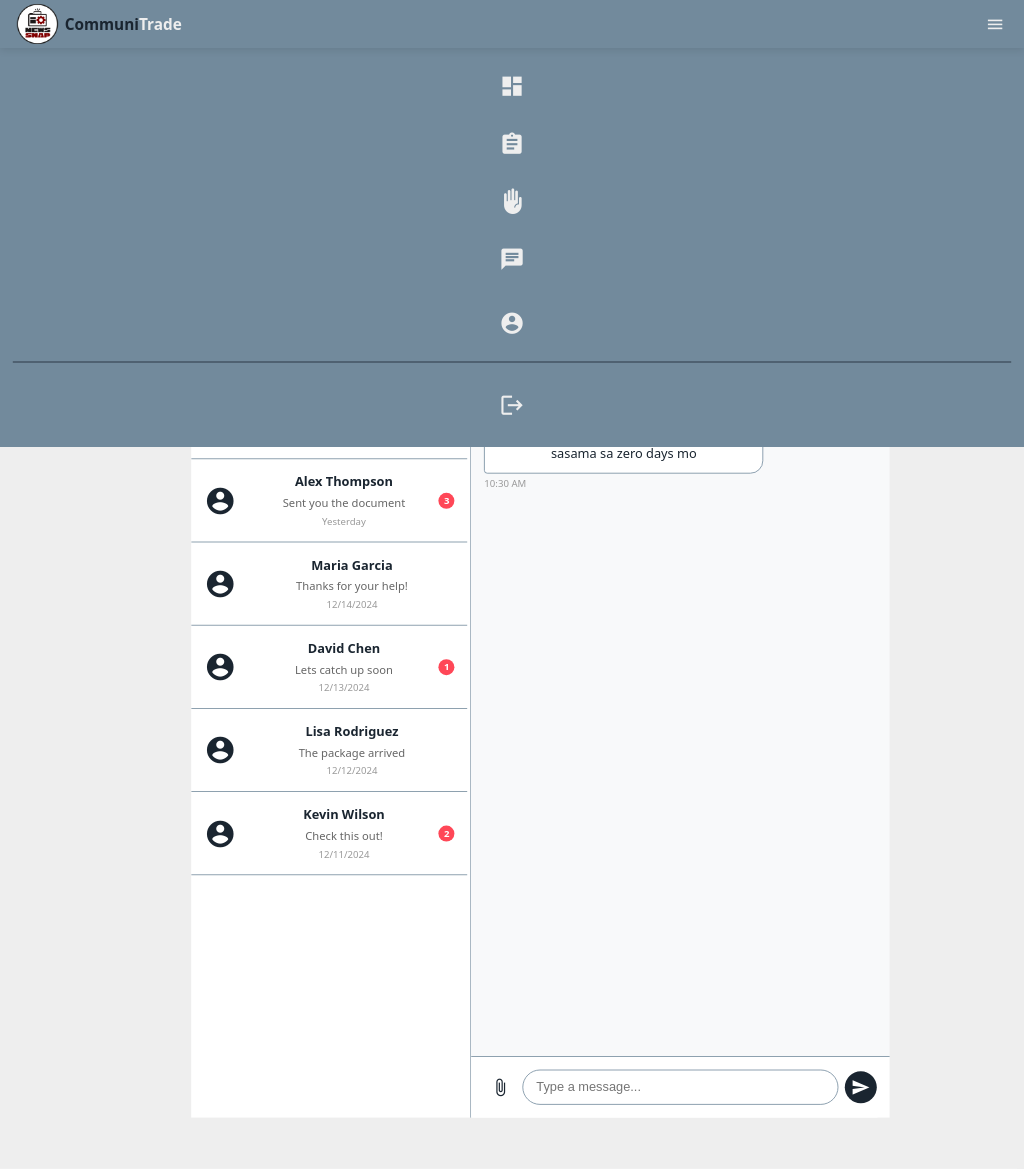
Repository: wholaanmo/news-snap
Page: /message
These files come from the project's save history. The page is drawn as it stood at one moment and after the next save; the edit follows.
The browser window is 1280 px wide. The pictures show the whole page, at 80% of full size.
The project was rebuilt for these pictures with package versions that can differ from the ones it lists, and the page was loaded fresh each time. Also part of the build but not shown: src/components/AdminNavbar.vue, src/components/AdminSidebar.vue, src/layouts/AdminLayout.vue.

Above is the page before, as saved 2025-10-15 19:29:52.

### index.html
<!doctype html>
<html lang="en">
  <head>
    <meta charset="UTF-8" />
    <link rel="icon" type="image/svg+xml" href="/vite.svg" />
    <meta name="viewport" content="width=device-width, initial-scale=1.0" />
    <title>CommuniTrade</title>
    <link href="https://fonts.googleapis.com/css2?family=Material+Icons"
      rel="stylesheet">
    <link href="https://fonts.googleapis.com/css2?family=Roboto:wght@400;700&display=swap" rel="stylesheet">
    <link href="https://fonts.googleapis.com/css2?family=Inter:wght@400;600&display=swap" rel="stylesheet">
  </head>
  <body>
    <div id="app"></div>
    <script type="module" src="/src/main.js"></script>
  </body>
</html>

### src/App.vue
<template>
  <div class="app">
    <router-view />
  </div>
</template>

<script setup>
// No need for layout logic here anymore - it's handled by individual layouts
</script>

<style lang="css">
:root {
  --primary: #1a2530;
  --grey: #728a9c;
  --dark: #0F0E0E;
  --dark-alt: #37353E;
  --light: #EEEEEE;
  --sidebar-width: 230px;
}

* {
  margin: 0;
  padding: 0;
  box-sizing: border-box;
  scrollbar-width: thin;
  scrollbar-color: #728a9c #f0f0f0;
}

body {
  background: var(--light);
}

button {
  cursor: pointer;
  appearance: none;
  border: none;
  outline: none;
  background: none;
}

.app {
  min-height: 100vh;
}
</style>

### src/layouts/UserLayout.vue
<template>
    <div class="user-layout">
      <UserNavbar :toggle-sidebar="toggleSidebar" />
      <div class="layout-body">
        <UserSidebar :isOpen="sidebarOpen" @toggle="sidebarOpen = $event" />
        <main class="user-content" :class="sidebarOpen && 'sidebar-open'">
          <router-view />
        </main>
      </div>
    </div>
  </template>

  <script setup>
  import { ref } from 'vue'
  import UserNavbar from '@/components/Navbar.vue'
  import UserSidebar from '@/components/Sidebar.vue'

  const sidebarOpen = ref(false)

  const toggleSidebar = () => {
    sidebarOpen.value = !sidebarOpen.value
  }
  </script>

  <style scoped>
  .user-layout {
    min-height: 100vh;
  }

  .layout-body {
    display: flex;
    min-height: calc(100vh - 60px);
    margin-top: 30px; /* Account for navbar height */
  }

  .user-content {
    flex: 1 1 0;
    margin-left: calc(1.5rem + 32px);
    transition: margin-left 0.2s ease-out;
    padding: 2rem;
  }

  .user-content.sidebar-open {
    margin-left: var(--sidebar-width);
  }

  @media (max-width: 768px) {
    .user-content {
      margin-left: 0;
      padding: 1rem;
    }

    .user-content.sidebar-open {
      margin-left: 0;
    }
  }
  </style>

### src/views/message.vue
<template>
  <div class="message-page">
    <!-- Sidebar with conversation list -->
    <div class="conversation-sidebar" :class="{ 'sidebar-collapsed': !isSidebarExpanded }">
      <div class="sidebar-header">
        <h2>Messages</h2>
      </div>

      <div class="conversation-list">
        <div
          v-for="conversation in conversations"
          :key="conversation.id"
          class="conversation-item"
          :class="{ active: activeConversation?.id === conversation.id }"
          @click="selectConversation(conversation)"
        >
          <div class="avatar">
            <span class="material-icons">account_circle</span>
          </div>
          <div class="conversation-info">
            <div class="user-name">{{ conversation.userName }}</div>
            <div class="last-message">{{ conversation.lastMessage }}</div>
            <div class="timestamp">{{ conversation.timestamp }}</div>
          </div>
          <div v-if="conversation.unreadCount > 0" class="unread-badge">
            {{ conversation.unreadCount }}
          </div>
        </div>
      </div>
    </div>

    <!-- Main chat area -->
    <div class="chat-area">
      <div v-if="activeConversation" class="chat-container">
        <!-- Chat header -->
        <div class="chat-header">
          <div class="chat-user-info">
            <span class="material-icons">account_circle</span>
            <span class="user-name">{{ activeConversation.userName }}</span>
            <span class="status" :class="activeConversation.status">{{ activeConversation.status }}</span>
          </div>
        </div>

        <!-- Messages container -->
        <div class="messages-container" ref="messagesContainer">
          <div
            v-for="message in activeConversation.messages"
            :key="message.id"
            class="message"
            :class="message.sender"
          >
            <div class="message-content">
              <img
                v-if="message.type === 'image'"
                :src="message.content"
                alt="Sent image"
                class="message-image"
                @click="openImageModal(message.content)"
              />
              <span v-else>{{ message.content }}</span>
            </div>
            <div class="message-time">
              {{ message.time }}
            </div>
          </div>
        </div>

        <!-- Message input -->
        <div class="message-input-container">
          <div class="input-wrapper">
            <input
              ref="fileInput"
              type="file"
              accept="image/*"
              style="display: none"
              @change="handleImageUpload"
            />
            <button @click="triggerFileInput" class="attachment-button">
              <span class="material-icons">attach_file</span>
            </button>
            <input
              v-model="newMessage"
              type="text"
              placeholder="Type a message..."
              @keyup.enter="sendMessage"
              class="message-input"
            >
            <button @click="sendMessage" class="send-button">
              <span class="material-icons">send</span>
            </button>
          </div>
        </div>
      </div>

      <!-- Empty state when no conversation selected -->
      <div v-else class="no-conversation">
        <div class="empty-state">
          <span class="material-icons">chat</span>
          <h3>Select a conversation</h3>
          <p>Choose a conversation from the list to start messaging</p>
        </div>
      </div>
    </div>

    <!-- Image Modal -->
    <div v-if="selectedImage" class="image-modal" @click="closeImageModal">
      <div class="modal-content">
        <img :src="selectedImage" alt="Full size image" />
        <button class="close-modal" @click="closeImageModal">
          <span class="material-icons">close</span>
        </button>
      </div>
    </div>
  </div>
</template>

<script setup>
import { ref, onMounted, nextTick } from 'vue'

// Reactive data
const isSidebarExpanded = ref(true)
const activeConversation = ref(null)
const newMessage = ref('')
const messagesContainer = ref(null)
const fileInput = ref(null)
const selectedImage = ref(null)

// Sample conversations data
const conversations = ref([
  {
    id: 1,
    userName: 'John Doe',
    lastMessage: 'Thanks for the help!',
    timestamp: '10:30 AM',
    unreadCount: 2,
    status: 'online',
    messages: [
      { id: 1, content: 'Hi sah!', sender: 'them', time: '10:15 AM' },
      { id: 2, content: 'Uy musta my young stunna?', sender: 'me', time: '10:16 AM' },
      { id: 3, content: 'Need ko help sa project namin', sender: 'them', time: '10:20 AM' },
      { id: 4, content: 'Ay bounce na ko jan sah', sender: 'me', time: '10:25 AM' },
      { id: 5, content: 'Awit, makikita mo talaga kung sino sasama sa zero days mo', sender: 'them', time: '10:30 AM' }
    ]
  },
  {
    id: 2,
    userName: 'Sarah Wilson',
    lastMessage: 'See you tomorrow!',
    timestamp: 'Yesterday',
    unreadCount: 0,
    status: 'offline',
    messages: [
      { id: 1, content: 'Meeting tomorrow at 3 PM', sender: 'them', time: 'Yesterday' },
      { id: 2, content: 'Owkie dowkie', sender: 'me', time: 'Yesterday' }
    ]
  },
  {
    id: 3,
    userName: 'Mike Johnson',
    lastMessage: 'Tapos na po maem',
    timestamp: '12/15/2024',
    unreadCount: 1,
    status: 'online',
    messages: [
      { id: 1, content: 'The files you requested are ready for review', sender: 'them', time: '12/15/2024' }
    ]
  },
  {
    id: 4,
    userName: 'Emily Davis',
    lastMessage: 'Are we still meeting today?',
    timestamp: '11:45 AM',
    unreadCount: 0,
    status: 'online',
    messages: [
      { id: 1, content: 'Hey, are you available for a quick call?', sender: 'them', time: '11:30 AM' },
      { id: 2, content: 'Sure, what time works for you?', sender: 'me', time: '11:35 AM' }
    ]
  },
  {
    id: 5,
    userName: 'Alex Thompson',
    lastMessage: 'Sent you the document',
    timestamp: 'Yesterday',
    unreadCount: 3,
    status: 'online',
    messages: [
      { id: 1, content: 'Can you review this document when you have time?', sender: 'them', time: 'Yesterday' },
      { id: 2, content: 'Of course, send it over', sender: 'me', time: 'Yesterday' }
    ]
  },
  {
    id: 6,
    userName: 'Maria Garcia',
    lastMessage: 'Thanks for your help!',
    timestamp: '12/14/2024',
    unreadCount: 0,
    status: 'offline',
    messages: [
      { id: 1, content: 'I really appreciate your assistance with the project', sender: 'them', time: '12/14/2024' },
      { id: 2, content: 'Happy to help anytime!', sender: 'me', time: '12/14/2024' }
    ]
  },
  {
    id: 7,
    userName: 'David Chen',
    lastMessage: 'Lets catch up soon',
    timestamp: '12/13/2024',
    unreadCount: 1,
    status: 'online',
    messages: [
      { id: 1, content: 'Long time no see! How have you been?', sender: 'them', time: '12/13/2024' },
      { id: 2, content: 'Doing great! We should definitely meet up', sender: 'me', time: '12/13/2024' }
    ]
  },
  {
    id: 8,
    userName: 'Lisa Rodriguez',
    lastMessage: 'The package arrived',
    timestamp: '12/12/2024',
    unreadCount: 0,
    status: 'offline',
    messages: [
      { id: 1, content: 'Just wanted to let you know the package arrived safely', sender: 'them', time: '12/12/2024' },
      { id: 2, content: 'Great! Thanks for the update', sender: 'me', time: '12/12/2024' }
    ]
  },
  {
    id: 9,
    userName: 'Kevin Wilson',
    lastMessage: 'Check this out!',
    timestamp: '12/11/2024',
    unreadCount: 2,
    status: 'online',
    messages: [
      { id: 1, content: 'Found this interesting article you might like', sender: 'them', time: '12/11/2024' },
      { id: 2, content: 'Looks cool, Ill read it later', sender: 'me', time: '12/11/2024' }
    ]
  }
])

// Methods
const toggleSidebar = () => {
  isSidebarExpanded.value = !isSidebarExpanded.value
}

const selectConversation = (conversation) => {
  activeConversation.value = conversation
  // Mark as read when selected
  conversation.unreadCount = 0
  // Scroll to bottom of messages
  nextTick(() => {
    scrollToBottom()
  })
}

const sendMessage = () => {
  if (!newMessage.value.trim() || !activeConversation.value) return

  const newMsg = {
    id: Date.now(),
    content: newMessage.value,
    sender: 'me',
    time: new Date().toLocaleTimeString([], { hour: '2-digit', minute: '2-digit' })
  }

  activeConversation.value.messages.push(newMsg)
  activeConversation.value.lastMessage = newMessage.value
  activeConversation.value.timestamp = 'Just now'

  newMessage.value = ''

  // Scroll to bottom after sending
  nextTick(() => {
    scrollToBottom()
  })
}

const triggerFileInput = () => {
  fileInput.value.click()
}

const handleImageUpload = (event) => {
  const file = event.target.files[0]
  if (file && file.type.startsWith('image/')) {
    const reader = new FileReader()
    reader.onload = (e) => {
      const imageMsg = {
        id: Date.now(),
        content: e.target.result,
        sender: 'me',
        type: 'image',
        time: new Date().toLocaleTimeString([], { hour: '2-digit', minute: '2-digit' })
      }

      activeConversation.value.messages.push(imageMsg)
      activeConversation.value.lastMessage = 'Sent an image'
      activeConversation.value.timestamp = 'Just now'

      // Scroll to bottom after sending
      nextTick(() => {
        scrollToBottom()
      })
    }
    reader.readAsDataURL(file)
  }

  // Reset file input
  event.target.value = ''
}

const openImageModal = (imageSrc) => {
  selectedImage.value = imageSrc
}

const closeImageModal = () => {
  selectedImage.value = null
}

const scrollToBottom = () => {
  if (messagesContainer.value) {
    messagesContainer.value.scrollTop = messagesContainer.value.scrollHeight
  }
}

// Lifecycle
onMounted(() => {
  // Select first conversation by default
  if (conversations.value.length > 0) {
    selectConversation(conversations.value[0])
  }
})
</script>

<style scoped>
.message-page {
  display: flex;
  height: calc(190vh - 60px);
  margin-top: -5px;
  background-color: var(--light);
}

/* Conversation Sidebar Styles */
.conversation-sidebar {
  width: 350px;
  background-color: white;
  border-right: 1px solid var(--grey);
  display: flex;
  flex-direction: column;
  transition: width 0.3s ease;
  overflow: hidden;
}

.sidebar-collapsed {
  width: 60px;
}

.sidebar-header {
  display: flex;
  justify-content: space-between;
  align-items: center;
  padding: 1rem;
  border-bottom: 1px solid var(--grey);
  background-color: var(--grey);
}

.sidebar-header h2 {
  margin: 0;
  color: var(--primary);
  font-size: 1.5rem;
}

.toggle-sidebar {
  background: none;
  border: none;
  cursor: pointer;
  color: var(--primary);
  padding: 0.5rem;
  border-radius: 0.25rem;
}

.toggle-sidebar:hover {
  background-color: var(--light);
}

.conversation-list {
  flex: 1;
  overflow-y: auto;
  padding-right: 4px;
}

/* Custom scrollbar for conversation list */
.conversation-list::-webkit-scrollbar {
  width: 8px;
}

.conversation-list::-webkit-scrollbar-track {
  background: #f1f1f1;
  border-radius: 4px;
}

.conversation-list::-webkit-scrollbar-thumb {
  background: var(--primary);
  border-radius: 4px;
}

.conversation-list::-webkit-scrollbar-thumb:hover {
  background: var(--dark);
}

.conversation-item {
  display: flex;
  align-items: center;
  padding: 1rem;
  cursor: pointer;
  border-bottom: 1px solid var(--grey);
  transition: background-color 0.2s ease;
  position: relative;
}

.conversation-item:hover {
  background-color: var(--light);
}

.conversation-item.active {
  background-color: var(--primary);
  color: white;
}

.conversation-item.active .user-name,
.conversation-item.active .last-message,
.conversation-item.active .timestamp {
  color: white;
}

.avatar {
  margin-right: 1rem;
  flex-shrink: 0;
}

.avatar .material-icons {
  font-size: 2.5rem;
  color: var(--primary);
}

.conversation-item.active .avatar .material-icons {
  color: white;
}

.conversation-info {
  flex: 1;
  min-width: 0;
}

.user-name {
  font-weight: 600;
  margin-bottom: 0.25rem;
  color: var(--primary);
}

.last-message {
  font-size: 0.875rem;
  color: #666;
  white-space: nowrap;
  overflow: hidden;
  text-overflow: ellipsis;
}

.timestamp {
  font-size: 0.75rem;
  color: #999;
  margin-top: 0.25rem;
}

.unread-badge {
  background-color: #ff4757;
  color: white;
  border-radius: 50%;
  width: 20px;
  height: 20px;
  display: flex;
  align-items: center;
  justify-content: center;
  font-size: 0.75rem;
  font-weight: 600;
}

/* Chat Area Styles */
.chat-area {
  flex: 1;
  display: flex;
  flex-direction: column;
  background-color: white;
}

.chat-container {
  display: flex;
  flex-direction: column;
  height: 100%;
  width: 103%;
}

.chat-header {
  padding: 1rem;
  border-bottom: 1px solid var(--grey);
  background-color: white;
}

.chat-user-info {
  display: flex;
  align-items: center;
  gap: 0.5rem;
}

.chat-user-info .material-icons {
  font-size: 2rem;
  color: var(--primary);
}

.status {
  font-size: 0.875rem;
  padding: 0.25rem 0.5rem;
  border-radius: 1rem;
  text-transform: capitalize;
}

.status.online {
  background-color: #2ed573;
  color: white;
}

.status.offline {
  background-color: #747d8c;
  color: white;
}

.messages-container {
  flex: 1;
  padding: 1rem;
  overflow-y: auto;
  display: flex;
  flex-direction: column;
  gap: 1rem;
  background-color: #f8f9fa;
  padding-right: 8px;
}

/* Custom scrollbar for messages container */
.messages-container::-webkit-scrollbar {
  width: 6px;
}

.messages-container::-webkit-scrollbar-track {
  background: #e9ecef;
  border-radius: 3px;
}

.messages-container::-webkit-scrollbar-thumb {
  background: #adb5bd;
  border-radius: 3px;
}

.messages-container::-webkit-scrollbar-thumb:hover {
  background: #6c757d;
}

.message {
  display: flex;
  flex-direction: column;
  max-width: 70%;
}

.message.me {
  align-self: flex-end;
  align-items: flex-end;
}

.message.them {
  align-self: flex-start;
  align-items: flex-start;
}

.message-content {
  padding: 0.75rem 1rem;
  border-radius: 1rem;
  word-wrap: break-word;
}

.message.me .message-content {
  background-color: var(--primary);
  color: white;
  border-bottom-right-radius: 0.25rem;
}

.message.them .message-content {
  background-color: white;
  color: var(--primary);
  border: 1px solid var(--grey);
  border-bottom-left-radius: 0.25rem;
}

.message-image {
  max-width: 300px;
  max-height: 300px;
  border-radius: 0.5rem;
  cursor: pointer;
  transition: transform 0.2s ease;
}

.message-image:hover {
  transform: scale(1.02);
}

.message-time {
  font-size: 0.75rem;
  color: #999;
  margin-top: 0.25rem;
}

.message-input-container {
  padding: 1rem;
  border-top: 1px solid var(--grey);
  background-color: white;
}

.input-wrapper {
  display: flex;
  gap: 0.5rem;
  align-items: center;
}

.attachment-button {
  background: none;
  border: none;
  color: var(--primary);
  cursor: pointer;
  padding: 0.5rem;
  border-radius: 50%;
  transition: background-color 0.2s ease;
}

.attachment-button:hover {
  background-color: var(--light);
}

.message-input {
  flex: 1;
  padding: 0.75rem 1rem;
  border: 1px solid var(--grey);
  border-radius: 2rem;
  outline: none;
  font-size: 1rem;
}

.message-input:focus {
  border-color: var(--primary);
}

.send-button {
  background-color: var(--primary);
  color: white;
  border: none;
  border-radius: 50%;
  width: 40px;
  height: 40px;
  display: flex;
  align-items: center;
  justify-content: center;
  cursor: pointer;
  transition: background-color 0.2s ease;
}

.send-button:hover {
  background-color: var(--dark);
}

.no-conversation {
  flex: 1;
  display: flex;
  align-items: center;
  justify-content: center;
  background-color: #f8f9fa;
}

.empty-state {
  text-align: center;
  color: #666;
}

.empty-state .material-icons {
  font-size: 4rem;
  color: var(--grey);
  margin-bottom: 1rem;
}

/* Image Modal Styles */
.image-modal {
  position: fixed;
  top: 0;
  left: 0;
  width: 100%;
  height: 100%;
  background-color: rgba(0, 0, 0, 0.9);
  display: flex;
  align-items: center;
  justify-content: center;
  z-index: 1000;
}

.modal-content {
  position: relative;
  max-width: 90%;
  max-height: 90%;
}

.modal-content img {
  max-width: 100%;
  max-height: 90vh;
  border-radius: 0.5rem;
}

.close-modal {
  position: absolute;
  top: -40px;
  right: 0;
  background: none;
  border: none;
  color: white;
  font-size: 2rem;
  cursor: pointer;
  padding: 0.5rem;
}

/* Responsive Design */
@media (max-width: 768px) {
  .conversation-sidebar {
    position: absolute;
    left: 0;
    top: 0;
    height: 100%;
    z-index: 98;
    transform: translateX(0);
  }

  .sidebar-collapsed {
    transform: translateX(-100%);
  }

  .chat-area {
    width: 100%;
  }

  .message {
    max-width: 85%;
  }

  .message-image {
    max-width: 200px;
    max-height: 200px;
  }
}

/* Material Icons alignment fix */
.material-icons {
  vertical-align: bottom;
}
</style>

### src/components/Navbar.vue
<template>
  <nav class="navbar">
    <div class="navbar-content">
      <div class="navbar-left">
        <div class="logo-container">
          <img src="../assets/CommuniTrade.png" alt="CommuniTrade Logo" class="logo-img">
          <p class="logo-text">Communi<span class="logo-text1">Trade</span></p>
        </div>
      </div>

      <div class="navbar-right">
        <button class="hamburger-btn" @click="toggleSidebar">
          <span class="material-icons">menu</span>
        </button>
      </div>
    </div>
  </nav>
</template>

<script setup>
defineProps({
  toggleSidebar: Function
})
</script>

<style scoped>
.navbar {
  position: fixed;
  top: 0;
  left: 0;
  right: 0;
  height: 60px;
  background-color: var(--grey);
  color: var(--light);
  z-index: 98;
  box-shadow: 0 2px 10px rgba(0, 0, 0, 0.1);
}

.navbar-content {
  display: flex;
  align-items: center;
  justify-content: space-between;
  height: 100%;
  padding: 0 1rem;
}

.navbar-left {
  display: flex;
  align-items: center;
}

.navbar-right {
  display: flex;
  align-items: center;
}

.logo-container {
  display: flex;
  align-items: center;
  gap: 0.5rem;
}

.logo-img {
  width: 52px;
  height: 52px;
  object-fit: contain;
  margin-left: 0.3rem;
}

.logo-text1 {
  font-weight: bold;
  font-size: 1.2rem;
  color: var(--light);
}

.logo-text {
  font-weight: bold;
  font-size: 1.2rem;
  color: var(--primary);
}

.hamburger-btn {
  display: flex;
  align-items: center;
  justify-content: center;
  width: 40px;
  height: 40px;
  border-radius: 50%;
  transition: all 0.3s ease;
  color: var(--light);
}

.hamburger-btn:hover {
  color: var(--primary);
  transform: rotate(180deg);
}

/* Remove the media query that hides the logo text */
/* @media (max-width: 768px) {
  .logo-text {
    display: none;
  }
} */

/* Instead, adjust font size for very small screens */
@media (max-width: 480px) {
  .logo-text {
    font-size: 1rem;
  }

  .logo-img {
    width: 35px;
    height: 35px;
  }
}

@media (max-width: 360px) {
  .logo-text {
    font-size: 0.9rem;
  }
}
</style>

Loaded but not shown: src/style.css (common file); src/main.js (98 lines, source omitted); src/components/Sidebar.vue (236 lines, source omitted)

After the next save:
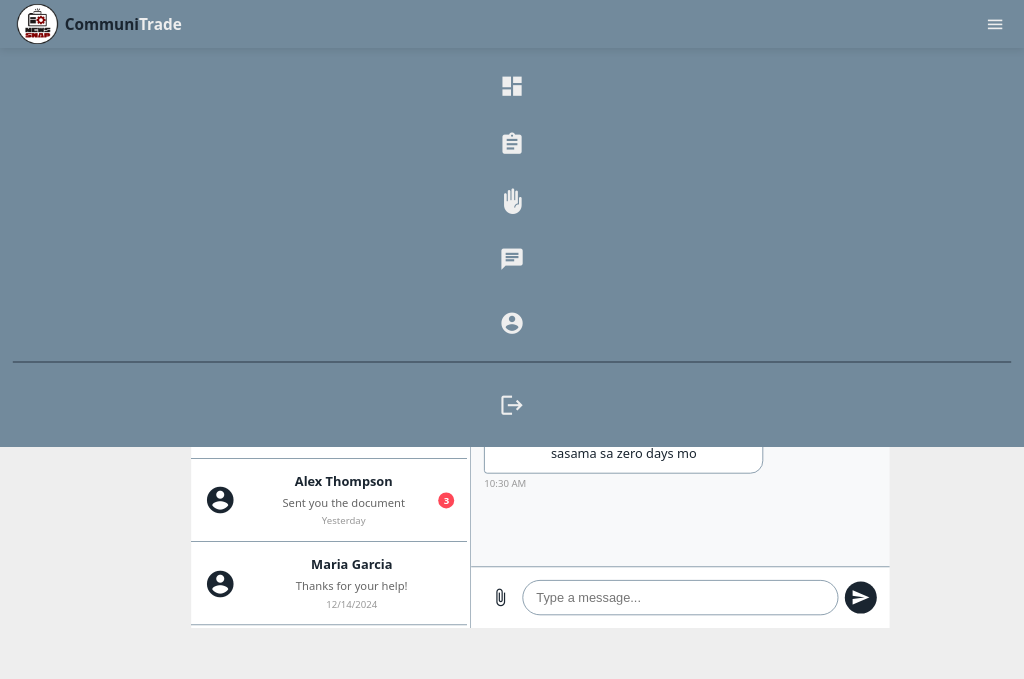
Saved 9 s later.
--- a/src/views/message.vue
+++ b/src/views/message.vue
@@ -335,7 +335,7 @@ onMounted(() => {
 <style scoped>
 .message-page {
   display: flex;
-  height: calc(190vh - 60px);
+  height: calc(105vh - 60px);
   margin-top: -5px;
   background-color: var(--light);
 }
